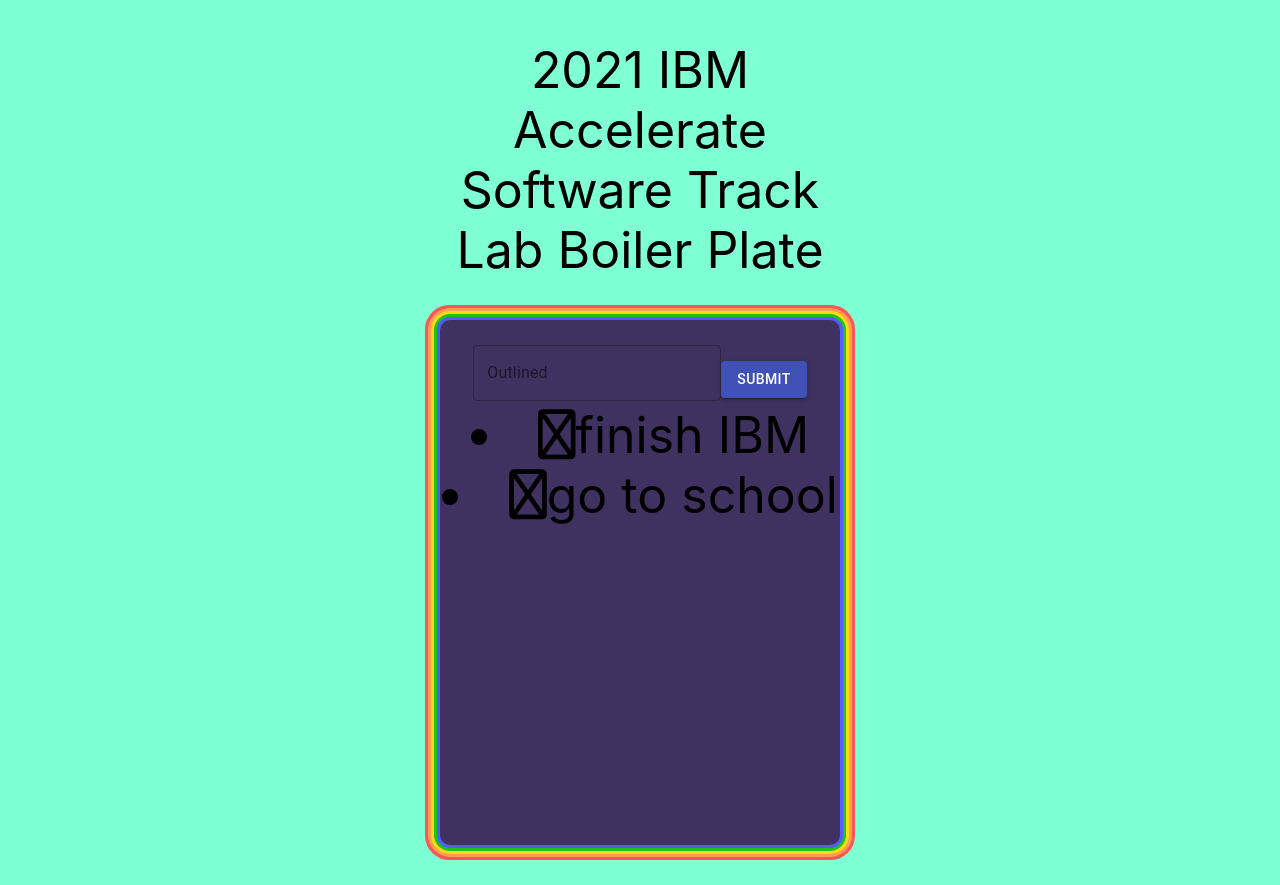
Repository: 2021-IBM-Accelerate-SW-Track/lab-1-team-34
Page: /
An editor plug-in stored every save of this project. The page is shown before and after the next save, followed by the edit.
The browser window is 1280 px wide. The pictures show the whole page.
Some web libraries are served in a nearby version. The project was rebuilt for these pictures with package versions that can differ from the ones it lists, and the page was loaded fresh each time.

Above is the page before, as saved 2021-06-13 20:13:40.

### public/index.html
<!DOCTYPE html>
<html lang="en">
  <head>
    <meta charset="utf-8" />
    <meta name="viewport" content="width=device-width, initial-scale=1" />
    <meta name="theme-color" content="#000000" />
    <meta
      name="description"
      content="Web site created using create-react-app"
    />
    <script src="https://kit.fontawesome.com/b9d1aed08a.js" crossorigin="anonymous"></script>

    <!--
      manifest.json provides metadata used when your web app is installed on a
      user's mobile device or desktop. See https://developers.google.com/web/fundamentals/web-app-manifest/
    -->
    <!--
      Notice the use of %PUBLIC_URL% in the tags above.
      It will be replaced with the URL of the `public` folder during the build.
      Only files inside the `public` folder can be referenced from the HTML.

      Unlike "/favicon.ico" or "favicon.ico", "%PUBLIC_URL%/favicon.ico" will
      work correctly both with client-side routing and a non-root public URL.
      Learn how to configure a non-root public URL by running `npm run build`.
    -->
    <title>React App</title>
  </head>
  <body>
    <noscript>You need to enable JavaScript to run this app.</noscript>
    <div id="root"></div>
    <!--
      This HTML file is a template.
      If you open it directly in the browser, you will see an empty page.

      You can add webfonts, meta tags, or analytics to this file.
      The build step will place the bundled scripts into the <body> tag.

      To begin the development, run `npm start` or `yarn start`.
      To create a production bundle, use `npm run build` or `yarn build`.
    -->
  </body>
</html>

### src/App.js
// import Header from "./component/header";
import Page from "./Pages/UI";

import "./App.css";

function App() {
  return (
    <div className="App">
      <Page />
    </div>
  );
}

export default App;

### src/Pages/UI/index.js
import Page from "./page";

export default Page;

### src/App.css
.App {
  text-align: center;
  background: aquamarine;
  font-size: 50px;
}

body {
  margin: 0;
  font-family: -apple-system, BlinkMacSystemFont, "Segoe UI", "Roboto", "Oxygen",
    "Ubuntu", "Cantarell", "Fira Sans", "Droid Sans", "Helvetica Neue",
    sans-serif;
  -webkit-font-smoothing: antialiased;
  -moz-osx-font-smoothing: grayscale;
}

code {
  font-family: source-code-pro, Menlo, Monaco, Consolas, "Courier New",
    monospace;
}
html {
  background: aquamarine;
}

### src/Pages/UI/page.js
import React from "react";
import Header from "../../component/header/header"; // no target file, targets index.js
import Input from "../../component/Input";

function page(props) {
  return (
    <div>
      <Header />
      <Input />
    </div>
  );
}

export default page;

### src/component/header/header.js
export default function Header() {
  return (
    <div className="header">
      2021 IBM Accelerate Software Track Lab Boiler Plate
    </div>
  );
}

### src/component/Input/index.js
import Input from "./input";

export default Input;

### src/component/Input/input.js
import { TextField, Button } from "@material-ui/core";
import React, { useState } from "react";
import "./input.css";

const initialTodo = ["finish IBM", "go to school"];

function Input(props) {
  const [input, setInput] = useState("");
  const [list, setTodo] = React.useState(initialTodo);

  function handleAdd() {
    const newList = list;
    newList.push(input);
    setTodo(newList);
    console.log(list);
    setInput("");
    handleClear();
    // debugger;
  }

  const handleClear = () => {
    Array.from(document.querySelectorAll("input")).forEach((input) => {
      input.value = "";
    });
    Array.from(document.querySelectorAll("textarea")).forEach((textarea) => {
      textarea.value = "";
    });
  };
  return (
    <div className="inputcolor">
      <TextField
        onChange={(event) => {
          setInput(event.target.value);
          console.log(input);
        }}
        // onEnter={() => {
        //   list.push(input);
        // }}
        // id="outlined-basic"
        label="Outlined"
        variant="outlined"
      />

      <Button onClick={handleAdd} variant="contained" color="primary">
        Submit
      </Button>

      {/* list not updating quick but data does get added */}
      {list &&
        list.map((item, index) => {
          return <li key={index}>{item}</li>;
        })}
    </div>
  );
}

export default Input;

### src/component/Input/input.css
.inputcolor {
  background-color: #3f3160;
  min-height: 500px;
  width: 400px;
  margin: 40px auto;
  padding-top: 25px;
  border-radius: 10px;

  box-shadow: rgb(85, 91, 255) 0px 0px 0px 3px, rgb(31, 193, 27) 0px 0px 0px 6px,
    rgb(255, 217, 19) 0px 0px 0px 9px, rgb(255, 156, 85) 0px 0px 0px 12px,
    rgb(255, 85, 85) 0px 0px 0px 15px;
}

@keyframes pulse {
  from {
    transform: scale3d(1, 1, 1);
  }

  50% {
    transform: scale3d(1.05, 1.05, 1.05);
  }

  to {
    transform: scale3d(1, 1, 1);
  }
}
.inputtext {
  background-color: #ffffff;
  border: 0;
  color: #fff;
  width: 200px;

  height: 50px;
  margin: 20px;
  padding: 0 20px;
  font-size: 18px;
  border-radius: 10px;
  padding-right: 10px;
}
.container {
  padding-top: 0px;
  padding-bottom: 30px;
}
.list {
  color: white;
  text-align: center;
}

ul li {
  padding: 10px 0px;
}

li:before {
  content: "\f00c";
  font-family: "Font Awesome 5 Free";
}

.App {
  background-color: #fec9bb;
  min-height: 500px;
  width: 400px;
  margin: 40px auto;
}
.button {
  background-color: rgba(27, 112, 137, 1);
  border: 0;
  color: #fff;
  width: 100px;

  height: 50px;
  margin: 20px;
  padding: 0 20px;
  font-size: 18px;
  border-radius: 10px;
}

Loaded but not shown: src/index.js (common file)

After the next save:
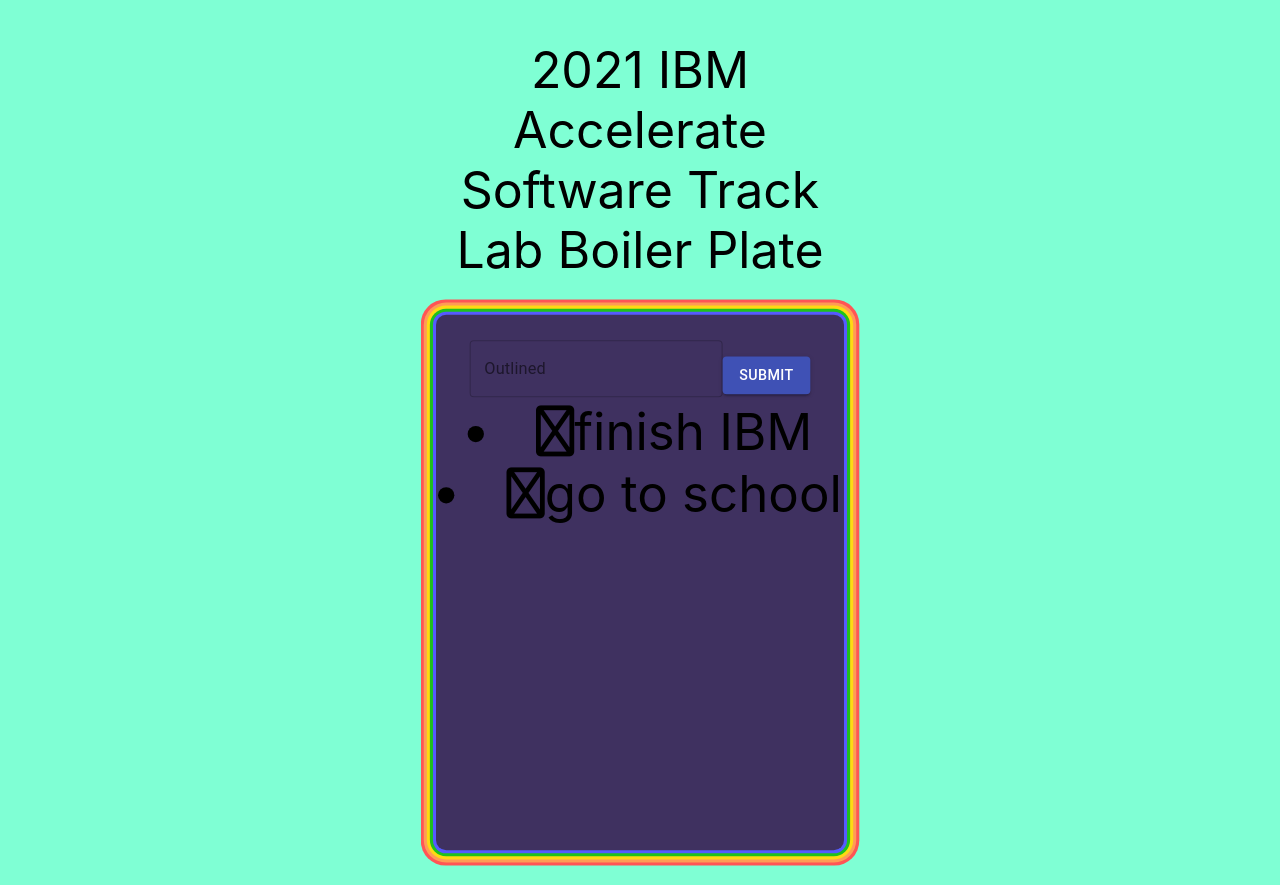
Saved 17 s later.
--- a/src/component/Input/input.css
+++ b/src/component/Input/input.css
@@ -23,6 +23,9 @@
   to {
     transform: scale3d(1, 1, 1);
   }
+}
+.App > div > .inputcolor {
+  animation: pulse 2000ms linear infinite both;
 }
 .inputtext {
   background-color: #ffffff;
